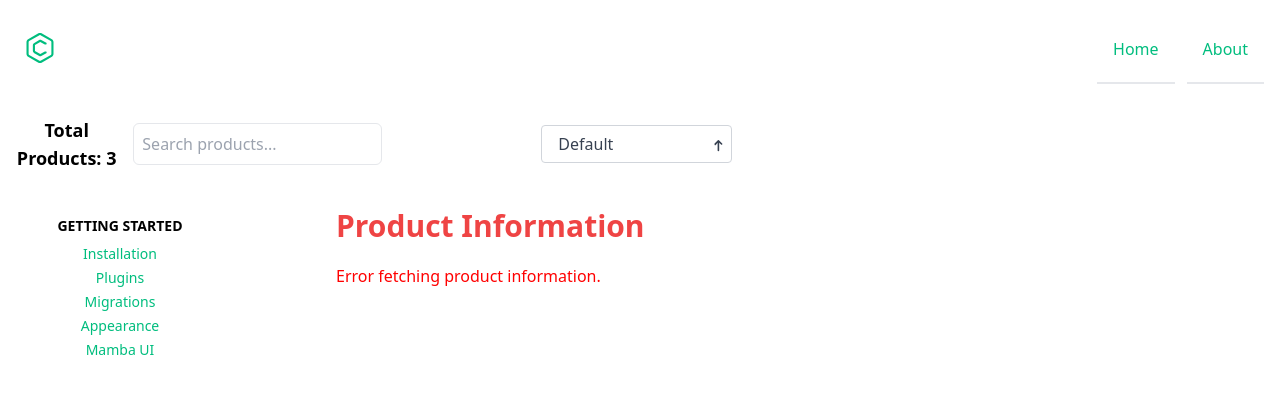
Repository: loktioncode/vectra-shop
Page: /
These files come from the project's save history. The page is drawn as it stood at one moment and after the next save; the edit follows.
The browser window is 1280 px wide. The pictures show the whole page.
The page's requests for data from a server got no answer. The project was rebuilt for these pictures with package versions that can differ from the ones it lists, and the page was loaded fresh each time. No one was signed in, and anything a server would have sent is missing. Also part of the build but not shown: vite.config.ts, src/components/ProductCard.vue. Imported but missing from the stored project, and not drawn on this page: src/components/Counter.vue.

Above is the page before, as saved 2023-09-20 16:19:59.

After the next save:
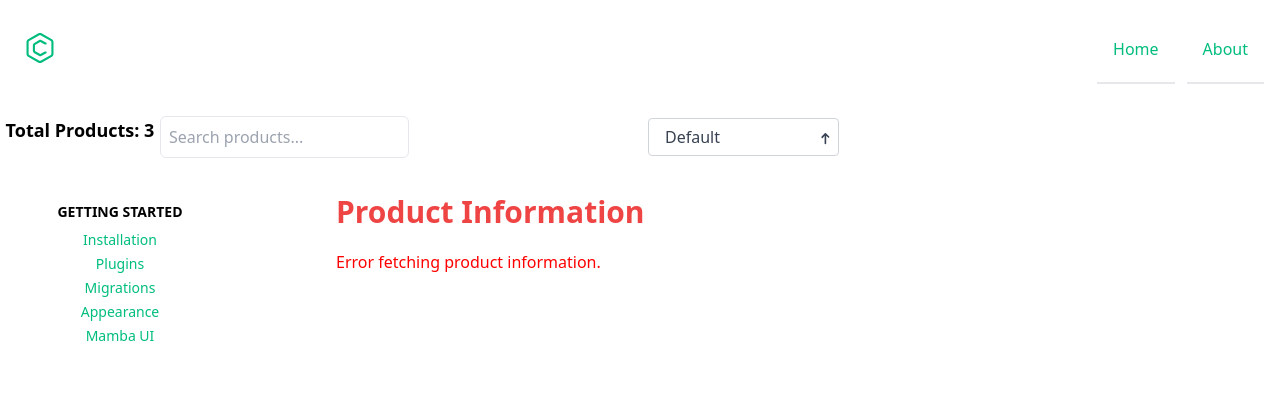
Saved 7 s later.
--- a/src/components/Filters.vue
+++ b/src/components/Filters.vue
@@ -1,6 +1,6 @@
 <template>
     <div class="flex flex-row items-center space-y-2 md:space-y-0 md:space-x-2 w-full py-5">
-        <div class="w-5/12 flex flex-row">
+        <div class="w-6/12 flex flex-row">
             <!-- Product Count Display -->
             <div class="text-lg font-semibold mb-2 md:mb-0 w-3/12">
                 Total Products: {{ filteredProducts.length }}
